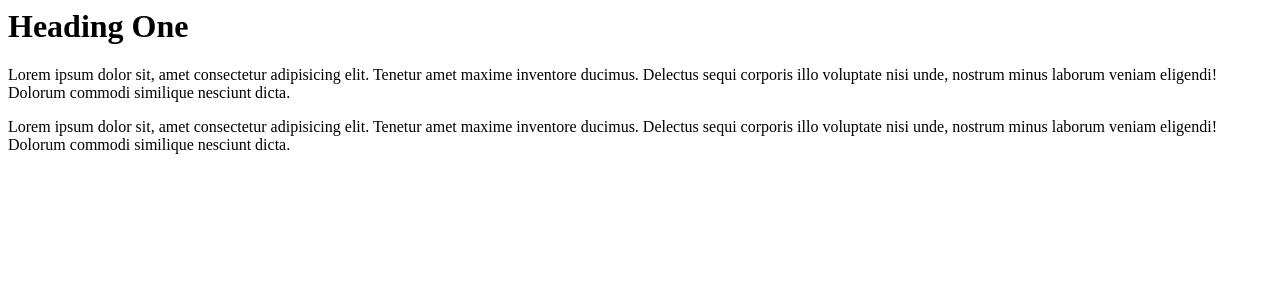
Repository: MonwarAdeeb/Bista_Solutions
Page: HTML & CSS/CSS/Level Two/01. Fonts.html
These files come from the project's save history. The page is drawn as it stood at one moment and after a run of saves; the edit follows.
The browser window is 1280 px wide. The pictures show the whole page.

Above is the page before, as saved 2021-05-20 15:15:22.

### HTML & CSS/CSS/Level Two/01. Fonts.html
<html lang="en">
<head>
    <meta charset="UTF-8">
    <meta http-equiv="X-UA-Compatible" content="IE=edge">
    <meta name="viewport" content="width=device-width, initial-scale=1.0">
    <title>Fonts</title>
    <link rel="stylesheet" href="01. Fonts.css">
</head>
<body>
    <h1>Heading One</h1>

    <p>Lorem ipsum dolor sit,
        amet consectetur adipisicing elit.
        Tenetur amet maxime inventore ducimus.
        Delectus sequi corporis illo voluptate nisi unde,
        nostrum minus laborum veniam eligendi!
        Dolorum commodi similique nesciunt dicta.</p>

    <p id="two">Lorem ipsum dolor sit,
        amet consectetur adipisicing elit.
        Tenetur amet maxime inventore ducimus.
        Delectus sequi corporis illo voluptate nisi unde,
        nostrum minus laborum veniam eligendi!
        Dolorum commodi similique nesciunt dicta.</p>

    <p></p>

</body>
</html>

Loaded but not shown: HTML & CSS/CSS/Level Two/01. Fonts.css (no stored copy; drawn as an empty file)

After the next 2 saves:
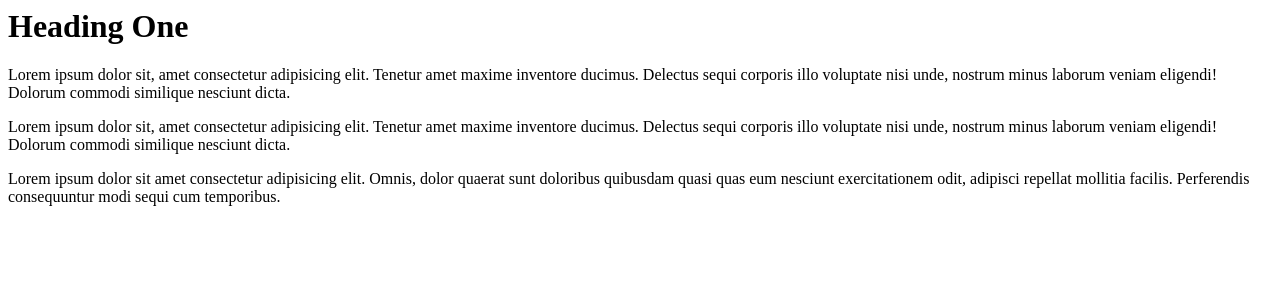
The 2 saves are shown as one change because they came seconds apart.
The last was saved 19 s later.
--- a/HTML & CSS/CSS/Level Two/01. Fonts.html
+++ b/HTML & CSS/CSS/Level Two/01. Fonts.html
@@ -23,7 +23,7 @@
         nostrum minus laborum veniam eligendi!
         Dolorum commodi similique nesciunt dicta.</p>
 
-    <p></p>
+    <p>Lorem ipsum dolor sit amet consectetur adipisicing elit. Omnis, dolor quaerat sunt doloribus quibusdam quasi quas eum nesciunt exercitationem odit, adipisci repellat mollitia facilis. Perferendis consequuntur modi sequi cum temporibus.</p>
 
 </body>
 </html>
